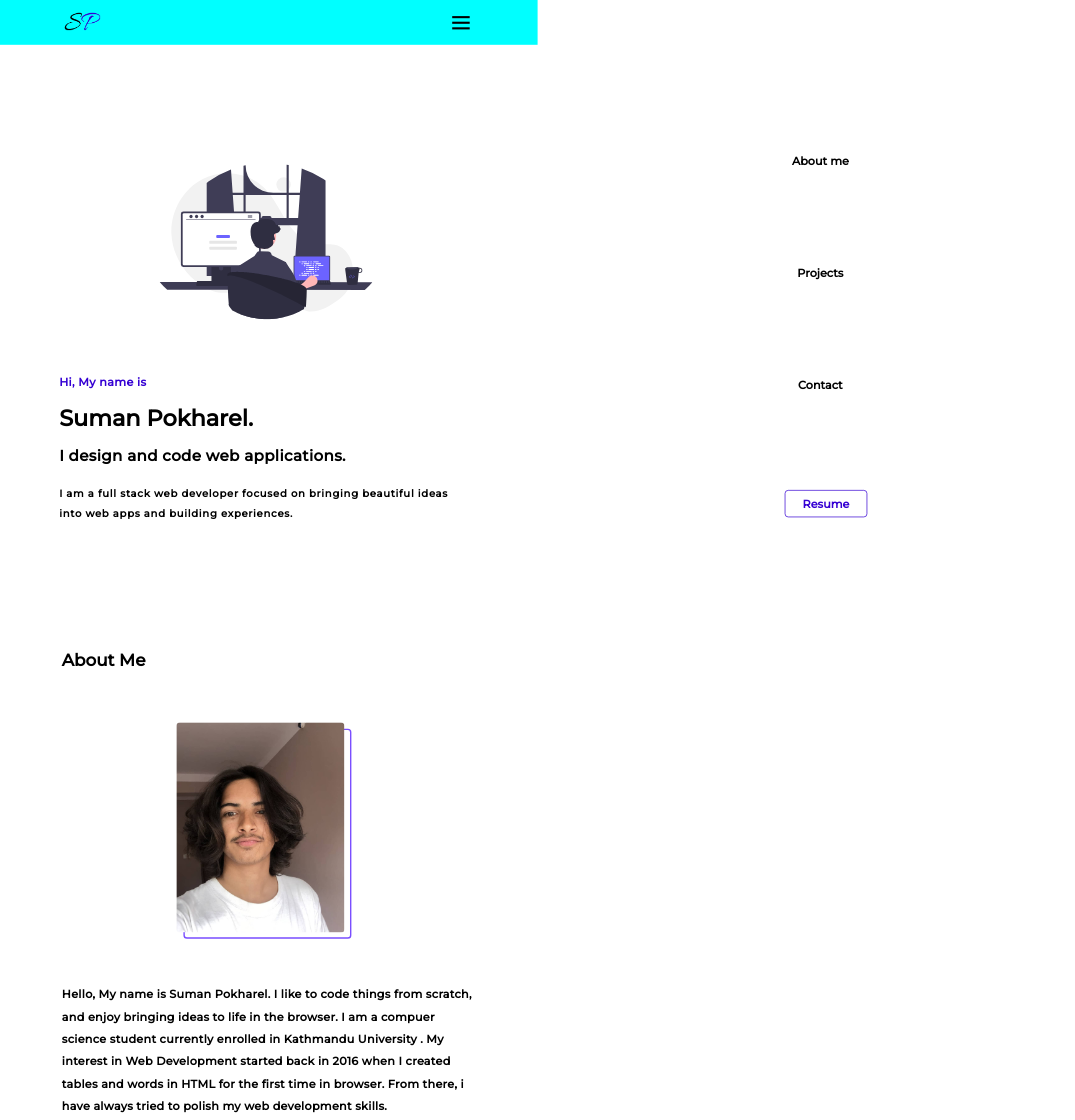
Repository: iamsumanp/portfolio
Page: /
An editor plug-in stored every save of this project. The page is shown before and after the next save, followed by the edit.
The browser window is 768 px wide. The page is 1536 px wide, so the pictures cover 1536 px, including what lies to the right of the window. The pictures show the part of the page from y = 0 to 1600 px (the page is 5937 px tall), at 70% of full size.
The project was rebuilt for these pictures with package versions that can differ from the ones it lists, and the page was loaded fresh each time.

Above is the page before, as saved 2022-07-11 16:02:27.

After the next save:
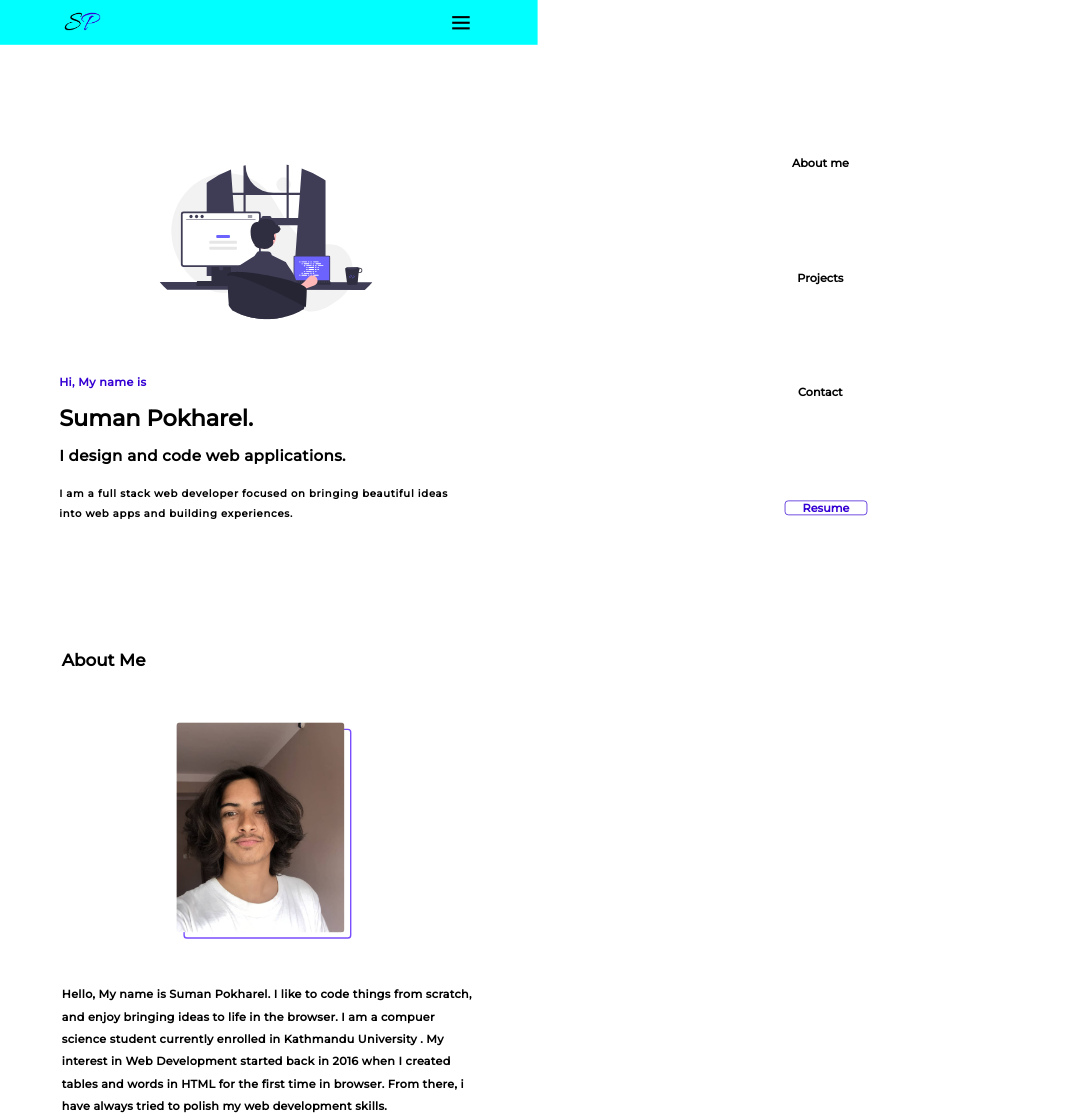
Saved 31 s later.
--- a/src/styles/styles.css
+++ b/src/styles/styles.css
@@ -97,7 +97,7 @@
 .navBar .navLinks.resume {
   border: solid 1px var(--main-purple);
   color: var(--main-purple);
-  padding: 9px 25px;
+  padding: 0px 25px;
   border-radius: 5px;
   margin-left: 1rem;
 }
@@ -609,4 +609,4 @@
   .spSpan {
     text-align: center;
   }
-}/*# sourceMappingURL=styles_20220711160227.css.map */
+}/*# sourceMappingURL=styles_20220711160258.css.map */

After the save that followed:
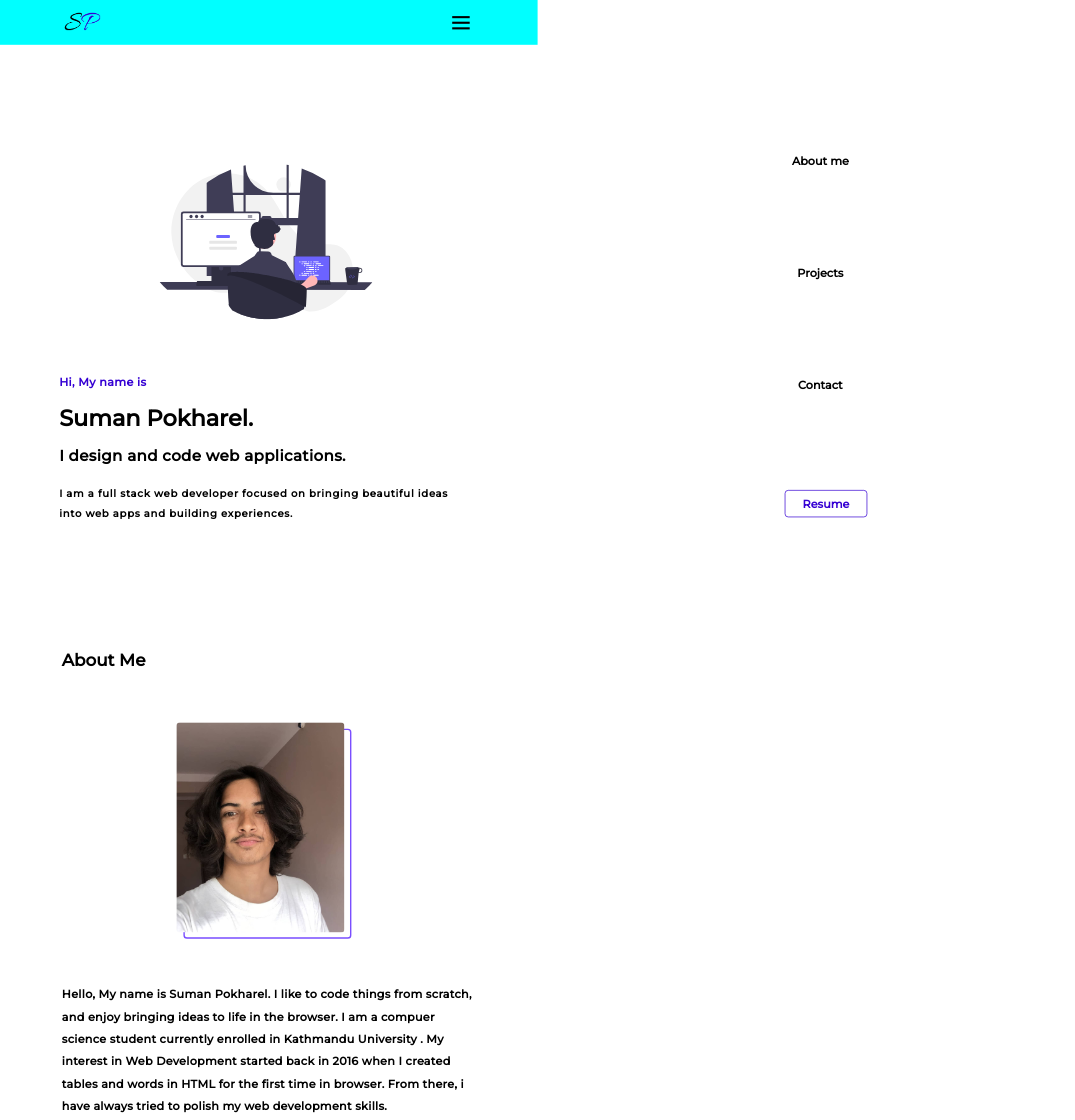
Saved 4 s later.
--- a/src/styles/styles.css
+++ b/src/styles/styles.css
@@ -97,7 +97,7 @@
 .navBar .navLinks.resume {
   border: solid 1px var(--main-purple);
   color: var(--main-purple);
-  padding: 0px 25px;
+  padding: 9px 25px;
   border-radius: 5px;
   margin-left: 1rem;
 }
@@ -609,4 +609,4 @@
   .spSpan {
     text-align: center;
   }
-}/*# sourceMappingURL=styles_20220711160258.css.map */
+}/*# sourceMappingURL=styles_20220711160302.css.map */
